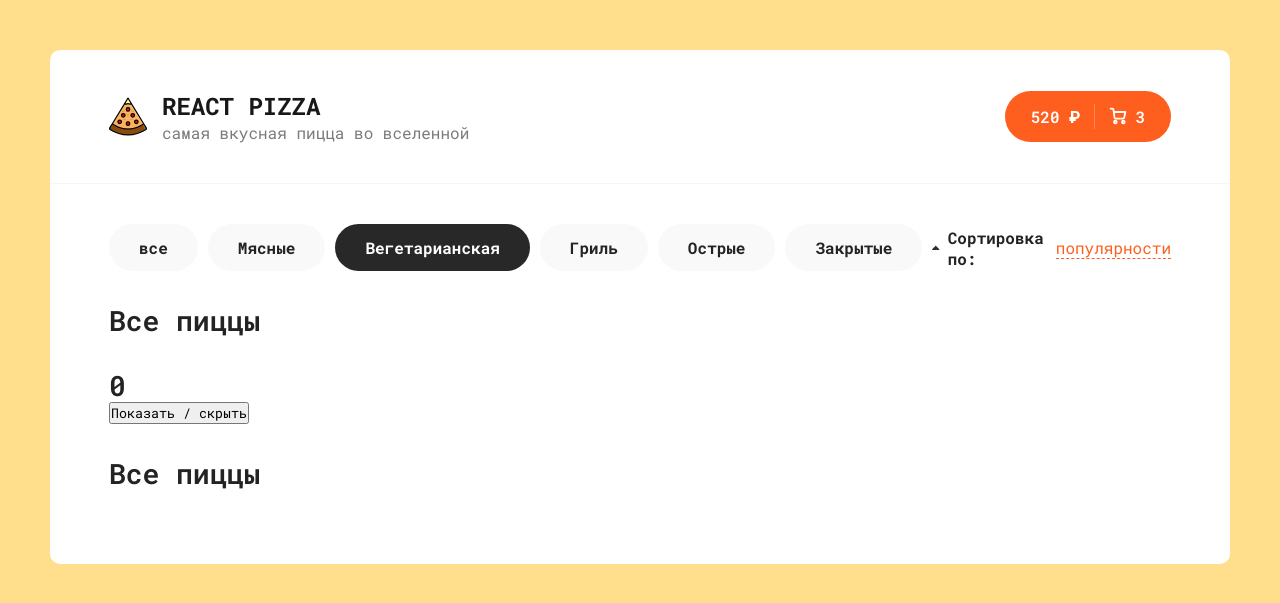
Repository: TI-IT/react-pizza2
Page: /
An editor plug-in stored every save of this project. The page is shown before and after a run of saves, followed by the edit.
The browser window is 1280 px wide. The pictures show the whole page.
The project was rebuilt for these pictures with package versions that can differ from the ones it lists, and the page was loaded fresh each time. Also part of the build but not shown: src/components/PizzaBlock.jsx.

Above is the page before, as saved 2022-10-09 13:24:19.

After the next 2 saves:
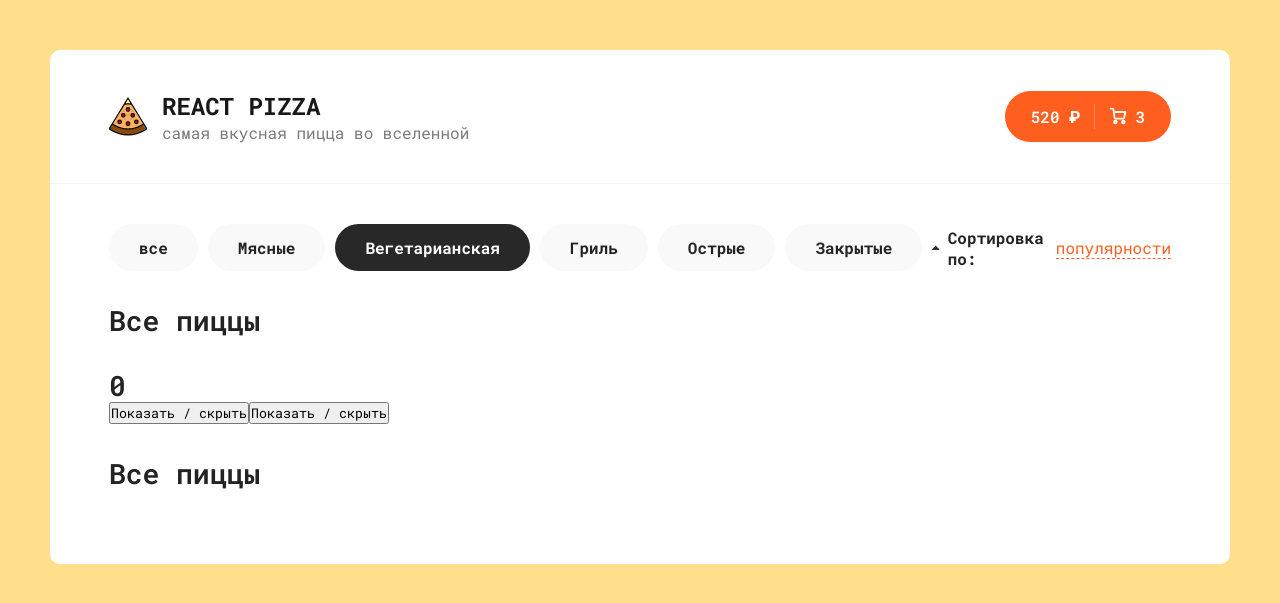
The 2 saves are shown as one change because 1 did not build or start.
The last was saved 60 s later.
--- a/src/App.js
+++ b/src/App.js
@@ -42,6 +42,7 @@ function App() {
           {visableH1 && <h2 className="content__title">Все пиццы</h2>}
           <h2>{count}</h2>
           <button onClick={onClickVisable}>Показать / скрыть</button>
+          <button onClick={() => setCount(count + 1)}>Показать / скрыть</button>
 
           <h2 className="content__title">Все пиццы</h2>
           <div className="content__items">
